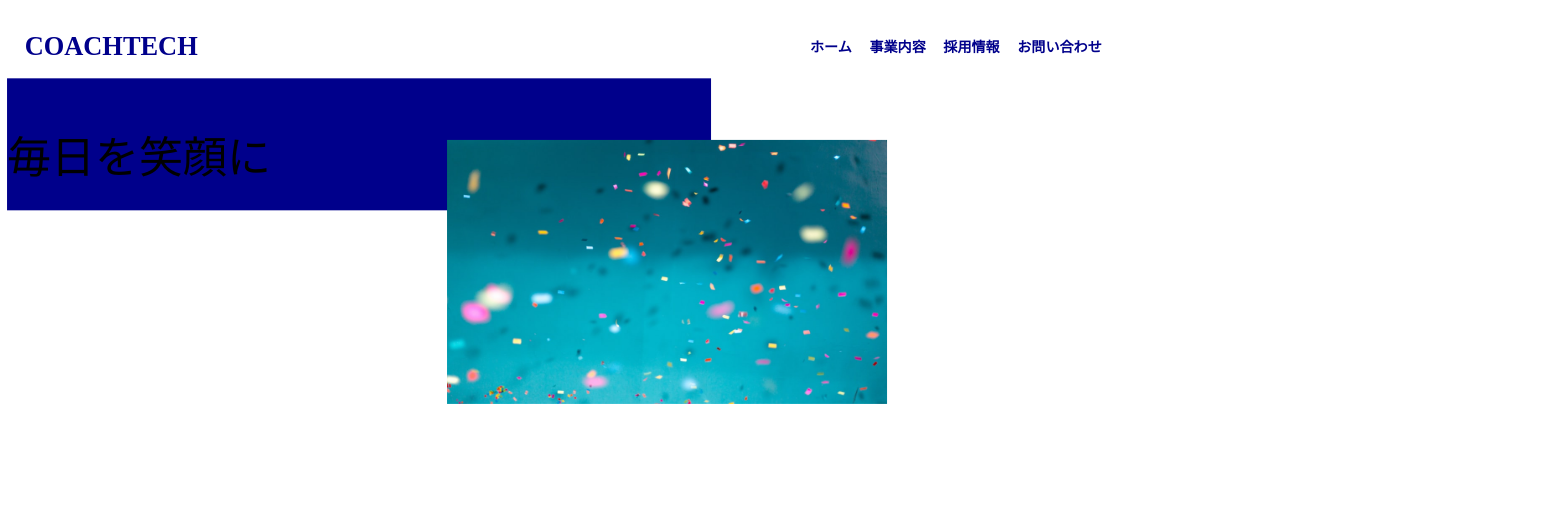
Repository: moro-ayu3/20230213_morohoshi
Page: index.html
These files come from the project's save history. The page is drawn as it stood at one moment and after the next save; the edit follows.
The browser window is 1280 px wide. The page is 1772 px wide, then 1280 px, so the pictures cover 1772 px, including what lies to the right of the window. The pictures show the whole page, at 88% of full size.

Above is the page before, as saved 2023-02-14 11:28:03.

After the next save:
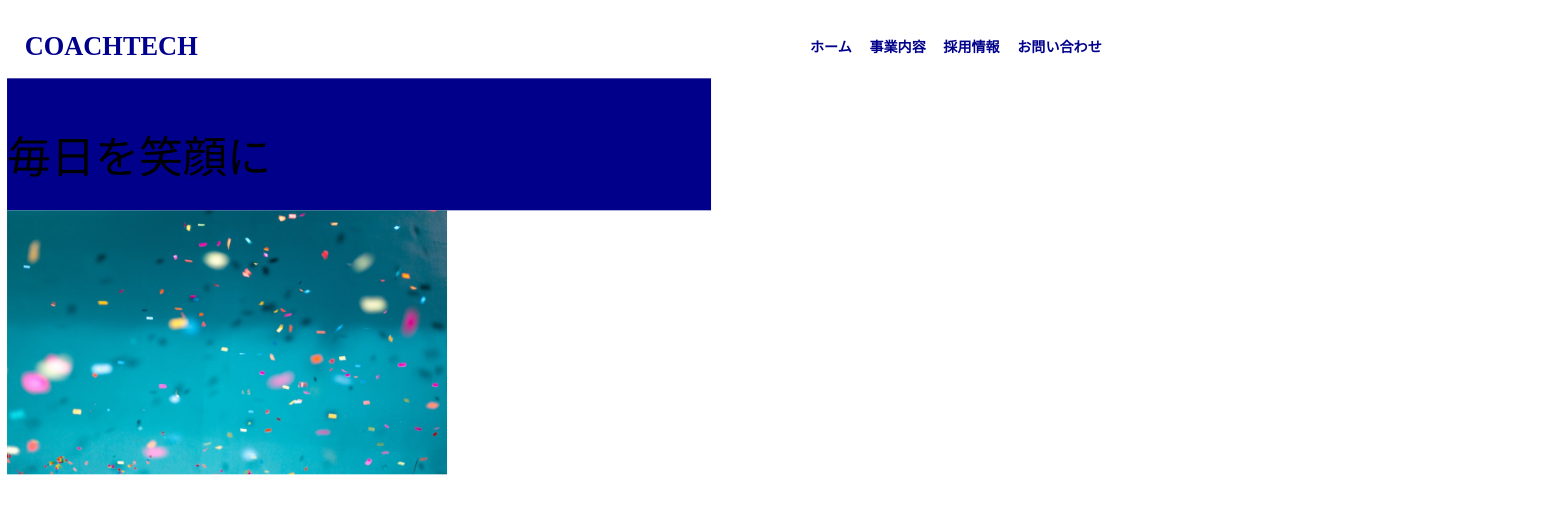
Saved 7 s later.
--- a/index.html
+++ b/index.html
@@ -22,7 +22,7 @@
      <p class="main-ttl">毎日を笑顔に</p>
      <div class="absolute-blue-box"></div>
     </div>
-     <div class="relative img">
+     <div class="relative-img">
       <img src="img/firstview.jpeg" width="500" height="300"alt="firstview">
      </div>
    </main>
